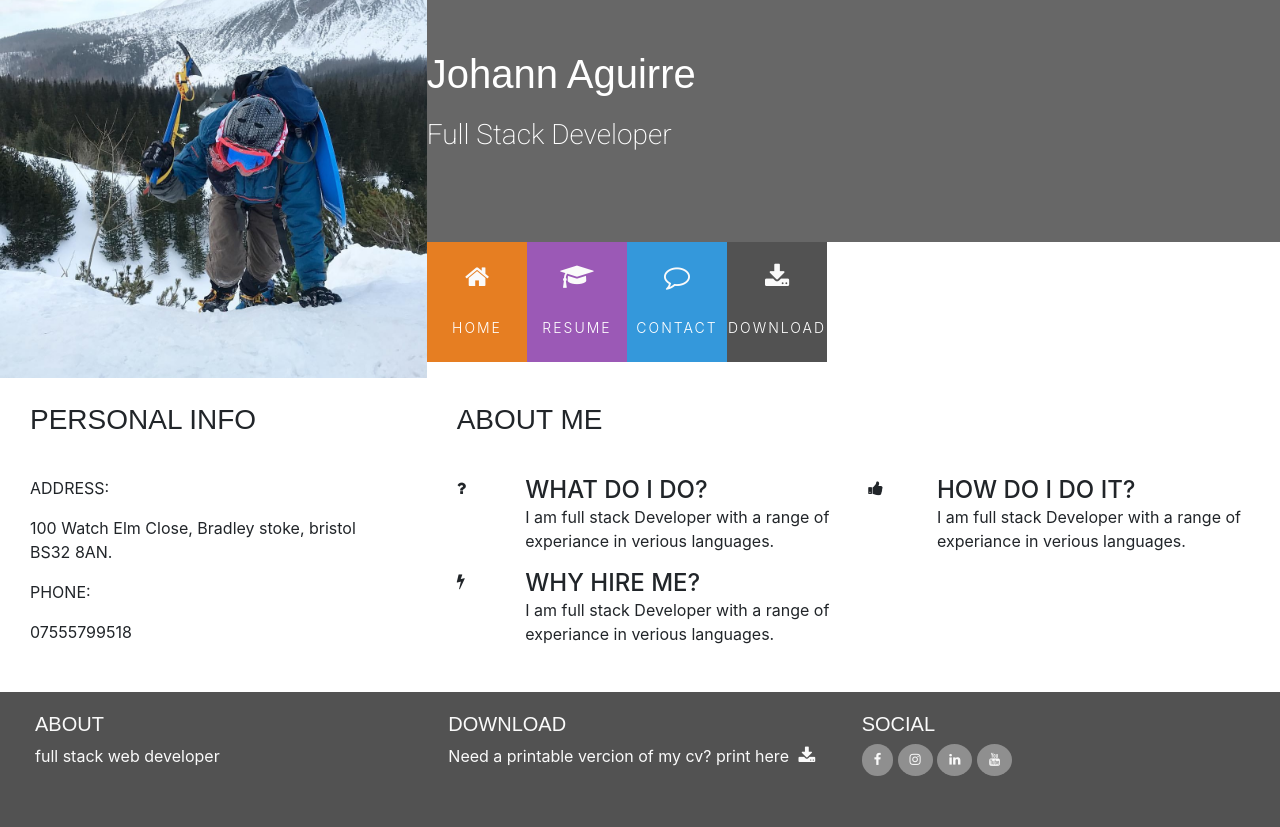
Repository: cachimiro/cv
Page: index.html
The author's editor kept a record of every edit. The page is drawn from the files as they stood at one moment, then again after the next edit.
The browser window is 1280 px wide. The pictures show the whole page.
Some web fonts or font styles are not loaded; a fallback is used. Some web libraries are served in a nearby version.

Above is the page before.

### index.html
<!DOCTYPE html>
<html lang="en">

<head>
    <meta charset="UTF-8">
    <meta name="viewport" content="width=device-width, initial-scale=1.0">
    <meta http-equiv="X-UA-Compatible" content="ie=edge">
    <link rel="stylesheet" href="https://stackpath.bootstrapcdn.com/bootstrap/4.2.1/css/bootstrap.min.css" type="text/css" />
    <link rel="stylesheet" href="https://stackpath.bootstrapcdn.com/font-awesome/4.7.0/css/font-awesome.min.css" type="text/css" />
    <link rel="stylesheet" href="https://cdnjs.cloudflare.com/ajax/libs/hover.css/2.3.1/css/hover-min.css" type="text/css" />
    <link rel="stylesheet" href="css/style.css" type="text/css" />
    <title>Johann Aguirre</title>
</head>

<body>
    <header>
        <div class="row no-gutters">
            <a href="index.html" class="col-md-4 logo">

            </a>
            <div class="col-md-8">
                <div class="row no-gutters">
                    <div class="col heading bg-color-name-title">
                        <h1 class="name">Johann Aguirre</h1>
                        <h2 class="title">Full Stack Developer</h2>

                    </div>
                </div>
                <div class="row no-gutters inline-block">
                    <div class="col"></div>
                    <ul id="nav" class="list-inline menucontainer">
                        <li class="col-6 col-sm-3 ui-menu-color-home list-inline-item menuitem">
                            <a href="#" class="hvr-sweep-to-bottom"><i class="fa fa-home " aria-hidden="true"></i><span>Home</span></a>
                        </li>
                        <li class="col-6 col-sm-3 ui-menu-color-resume list-inline-item menuitem">
                            <a href="#" class="hvr-sweep-to-bottom"><i class="fa fa-graduation-cap"aria-hidden="true"></i> <span>Resume</span></a>
                        </li>
                        <li class="col-6 col-sm-3 ui-menu-color-contact list-inline-item menuitem">
                            <a href="#" class="hvr-sweep-to-bottom"><i class="fa fa-comment-o" aria-hidden="true"></i><span>Contact</span></a>
                        </li>
                        <li class="col-6 col-sm-3 ui-menu-color-download list-inline-item menuitem">
                            <a href="#" class="hvr-sweep-to-bottom"><i class="fa fa-download" aria-hidden="true"></i><span>Download</span></a>
                        </li>

                        </li>
                    </ul>

                </div>

            </div>
        </div>
    </header>
    <section class="container-fluid">
        <div class="row">
            <div class="col-md-4 bg-color-personal-info section-column">
                <div class="row">
                    <div class="col-12">
                        <h3 class="section-heading uppercase">Personal Info</h3>
                    </div>
                </div>
                <div class="personal-info-item">
                    <div class="key">
                        <p class="uppercase">
                            ADDRESs:

                        </p>
                    </div>
                    <div class="value">
                        <p>
                            100 Watch Elm Close, Bradley stoke, bristol BS32 8AN.

                        </p>
                    </div>
                </div>
                 <div class="personal-info-item">
                    <div class="key">
                        <p class="uppercase">
                            PHONE:

                        </p>
                    </div>
                    <div class="value">
                        <p>
                            07555799518

                        </p>
                    </div>
                </div>
            </div>
            <div class="col-md-8 bg-color-three-reasons section-column">
                <div class="row">
                    <div class="col">
                        <h3 class="section-heading uppercase">About Me</h3>
                    </div>
                </div>
                    <div class="row">
                        <div class="col-10 offset-1 offset-sm-0 col-sm-4 col-md-6">
                            <div class="row">
                                <div class="col-2">
                                    <i class="three-reasons-icon fa fa-question" aria-hidden="true"></i>
                                </div>
                                <div class="col-10">
                                    <h4 class="three-reasons-heading uppercase">What Do I Do?</h4>
                                    <p>I am full stack Developer with a range of experiance in verious languages.</p>
                                </div>
                            </div>
                        </div>
                         <div class="col-10 offset-1 offset-sm-0 col-sm-4 col-md-6">
                            <div class="row">
                                <div class="col-2">
                                    <i class="three-reasons-icon fa fa-thumbs-up" aria-hidden="true"></i>
                                </div>
                                <div class="col-10">
                                    <h4 class="three-reasons-heading uppercase">How do I do it?</h4>
                                    <p>I am full stack Developer with a range of experiance in verious languages.</p>
                                </div>
                            </div>
                        </div>
                         <div class="col-10 offset-1 offset-sm-0 col-sm-4 col-md-6">
                            <div class="row">
                                <div class="col-2">
                                    <i class="three-reasons-icon fa fa-bolt" aria-hidden="true"></i>
                                </div>
                                <div class="col-10">
                                    <h4 class="three-reasons-heading uppercase">why hire me?</h4>
                                    <p>I am full stack Developer with a range of experiance in verious languages.</p>
                                </div>
                            </div>
                        </div>

                    </div>

            </div>
        </div>


    </section>
    <footer class="container-fluid">
        <div id="footer-detail" class="row">
            <div class="col-sm-4">
                <h5 class="uppercase general-sub">About</h5>
                <p class="inline-block">full stack web developer</p>
            </div>
            <div class="col-sm-4">
                <h5 class="uppercase general-sub">Download</h5>
                <p class="inline-block"> Need a printable vercion of my cv? print here
                    <a href="#" target="_blank" class="cv-pdf">
                <i class="fa fa-download" aria-hidden="true"></i>
                <span class="sr-only">Download link</span>
                </a>
                </p>
            </div>
            <div class="col-sm-4">
                <h5 class="uppercase general-sub">Social</h5>
                <ul class="list-inline social-links">
                    <li class="list-inline-item">
                        <a target="_blank" href="#">
                            <i class="fa fa-facebook" aria-hidden="true"></i>
                            <span class="sr-only">Facebook</span>
                        </a>
                    </li>
                    <li class="list-inline-item">
                        <a target="_blank" href="#">
                            <i class="fa fa-instagram" aria-hidden="true"></i>
                            <span class="sr-only">Instagram</span>
                        </a>
                    </li>
                    <li class="list-inline-item">
                        <a target="_blank" href="#">
                            <i class="fa fa-linkedin" aria-hidden="true"></i>
                            <span class="sr-only">Linkedin</span>
                        </a>
                    </li>
                    <li class="list-inline-item">
                        <a target="_blank" href="#">
                            <i class="fa fa-youtube" aria-hidden="true"></i>
                            <span class="sr-only">Youtube</span>
                        </a>
                    </li>
                </ul>

            </div>
        </div>


    </footer>

</body>

</html>

### css/style.css
@import url('https://fonts.googleapis.com/css?family=Roboto:100,200,300,400,500,600,700 | Exo 100,200,300,400,500,600,700');

/*--- colors*/

.bg-color-name-title {
    background-color: #676767;
}
.bg-color-three-reasons{
    background-color: #ffffff;
}

.ui-menu-color-home {
    background-color: #e67e22;


}

.ui-menu-color-resume {
    background-color: #9b59b6;

}

.ui-menu-color-contact {
    background-color: #3498db;

}

.ui-menu-color-download {
    background-color: #525252;
}

/*---- special paddings margins and text--*/

h1,
h2,
h3,
h4{
    margin: 0;

}
.uppercase{
    text-transform: uppercase;
}
.general-sub{
    font-family: "Exo", sans-serif;
    font-weight: 300;
    color: #fafafa;

}
.inline-block{
    display: inline-block;

}
.row-table{
    display: table;
}
.section-column{
    display: table-cell;
    padding: 0 30px 30px;
    float: none;
}

.section-heading{
    font-family: "Exo", sans-serif;
    font-weight: 300;
    margin-top: 25px;
    margin-bottom: 40px;
}


/*------- headings*/

header {
    margin: 0;
}

.logo {
    background: url("../images/johann.jpg");
    background-position: center;
    background-repeat: no-repeat;
    background-size: cover;
    min-height: 360px;
    transition: all .5s ease-in-out;
    -moz-transition: all .5s ease-in-out;
    -webkit-transition: all .5s ease-in-out;
}

.name {
    font-family: "exo", sans-serif;
    font-weight: 100;
    font-size: 40px;
    margin-top: 50px;
    color: #ffffff;
}

.title {
    font-family: "roboto", sans-serif;
    font-weight: 200;
    font-size: 28px;
    margin-top: 20px;
    margin-bottom: 90px;
    color: #ffffff;
}

.list-inline-item:not(:last-child) {
    margin: 0;
}

.menucontainer {
    font-size: 0;
}

.list-inline-item:not(:last-child) {
    margin: 0;
}

.menucontainer {
    font-size: 0;
}

#nav li {
    font-size: 14px;
    padding: 0;

}

.menuitem {
    height: 120px;
    text-align: center;
    padding: 0;
}

.menuitem a {
    width: 100px;
    text-decoration: 0;
    color: #fff;
    height: 120px;
}

.menuitem a i {
    padding: 22px;
    display: block;
    color: #fafafa;
    font-size: 26px;
}

.menuitem span {
    display: block;
    width: 100%;
    padding-top: 5px;
    text-align: center;
    text-transform: uppercase;
    font-size: 14px;
    font-weight: 300;
    letter-spacing: 2px;

}

/*-- hover.css*/

.hvr-sweep-to-bottom:before {
    background: rgb(0, 0, 0, 0.2);
    height: 120px;

}
/*--- footer*/
footer {
    background-color: #525252;
    color: #fafafa;
    min-height: 120px;
    margin: 0;
}
.cv-pdf i {
    font-size: 18px;
    color: #fafafa;
    text-align: center;
    padding-left: 5px;
    transition:all 0.35s ease-in-out;
    -moz-transition:all 0.35s ease-in-out;
    -webkit-transition:all 0.35s ease-in-out;
    -o-transition:all 0.35s ease-in-out;
}
.cv-pdf i:hover{
    color: #e84610
}
.social-links{
    padding-bottom: 15px;
}
.social-links li a i{
    widows: 32px;
    height: 32px;
    padding: 12px;
    border-radius: 50%;
    font-size: 13px;
    line-height: 7px;
    text-align: center;
    color: #fafafa;
    background: #8f8f8f;
     transition:all 0.35s ease-in-out;
    -moz-transition:all 0.35s ease-in-out;
    -webkit-transition:all 0.35s ease-in-out;
    -o-transition:all 0.35s ease-in-out;
}
.social-links li a i:hover{
    background:#e84610;

}
#footer-detail{
    padding: 20px;
}

After the next edit:
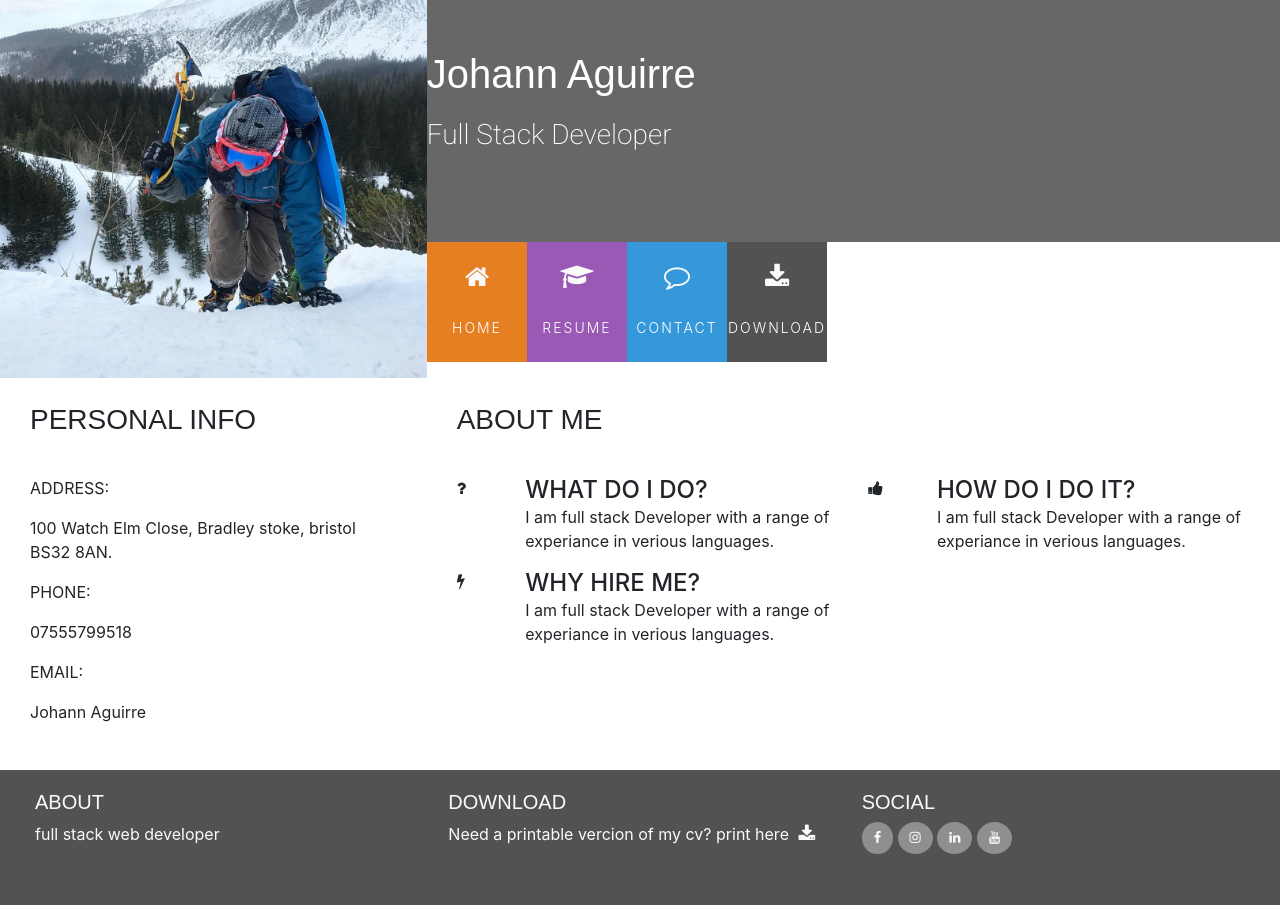
The edit:
--- a/index.html
+++ b/index.html
@@ -86,6 +86,20 @@
                         </p>
                     </div>
                 </div>
+                 <div class="personal-info-item">
+                    <div class="key">
+                        <p class="uppercase">
+                            Email:
+
+                        </p>
+                    </div>
+                    <div class="value">
+                        <p>
+                            Johann Aguirre
+
+                        </p>
+                    </div>
+                </div>
             </div>
             <div class="col-md-8 bg-color-three-reasons section-column">
                 <div class="row">
